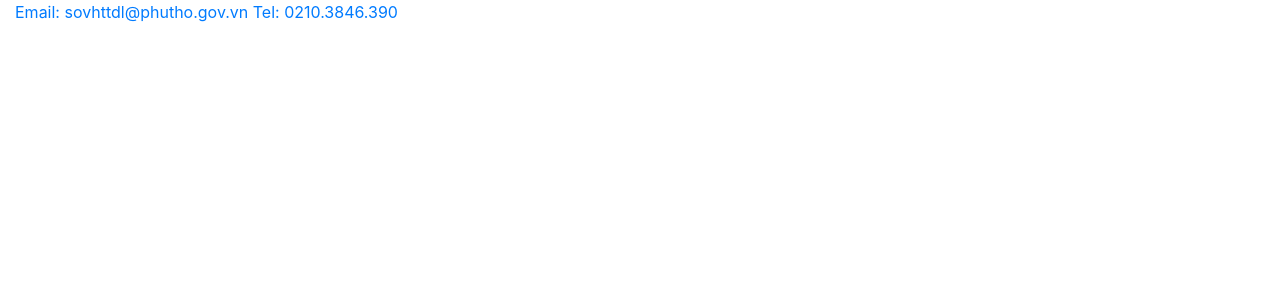
Repository: NgocNB20/Front_end_KLTN
Page: index.html
An editor plug-in stored every save of this project. The page is shown before and after the next save, followed by the edit.
The browser window is 1280 px wide. The pictures show the whole page.

Above is the page before, as saved 2021-11-28 09:35:23.

### index.html
<!DOCTYPE html>
<html lang="en">
<head>
    <meta charset="UTF-8">
    <meta http-equiv="X-UA-Compatible" content="IE=edge">
    <meta name="viewport" content="width=device-width, initial-scale=1.0">
    <link rel="stylesheet" href="https://maxcdn.bootstrapcdn.com/bootstrap/4.0.0/css/bootstrap.min.css" integrity="sha384-Gn5384xqQ1aoWXA+058RXPxPg6fy4IWvTNh0E263XmFcJlSAwiGgFAW/dAiS6JXm" crossorigin="anonymous">
    <title>Travel</title>
</head>
<body>
    <div class="page-wrapper">
        <div class="site-header__header-one-wrap">
            <div class="topbar-one">
                <div class="container-fluid">
                    <div class="topbar-one__left">
                        <a href="mailto:Email: sovhttdl@phutho.gov.vn">Email: sovhttdl@phutho.gov.vn</a>
                        <a href="tel:Tel: 0210.3846.390">Tel: 0210.3846.390</a>
                    </div>
                    <div class="topbar-one__right"></div>
                    <div class="main-nav__right"></div>
                </div>
            </div>
            <div class="container-fluid">

            </div>
        </div>
    </div>

</body>
</html>

After the next save:
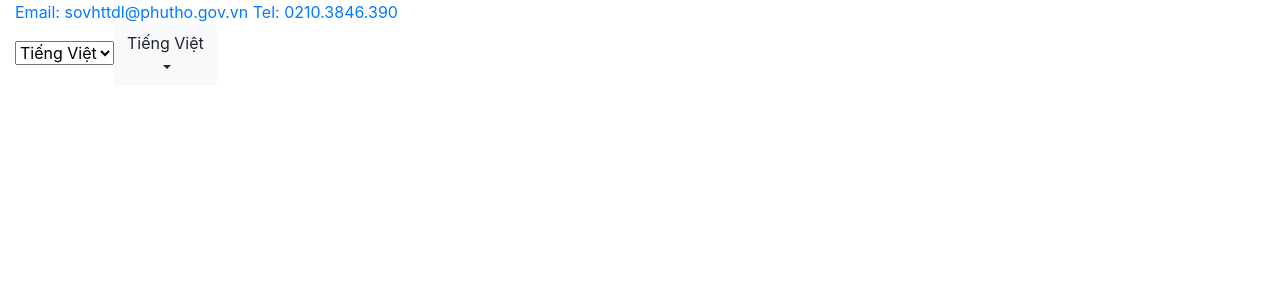
Saved 45 s later.
--- a/index.html
+++ b/index.html
@@ -17,7 +17,10 @@
                         <a href="tel:Tel: 0210.3846.390">Tel: 0210.3846.390</a>
                     </div>
                     <div class="topbar-one__right"></div>
-                    <div class="main-nav__right"></div>
+                    <div class="main-nav__right">
+                        <div class="dropdown bootstrap-select"><select name="languages" id="languages" class="selectpicker" onchange="javascript:location.href = this.value;" tabindex="-98"><option value="/vi" selected="">Tiếng Việt</option><option value="/en">English</option></select><button type="button" class="btn dropdown-toggle btn-light" data-toggle="dropdown" role="button" data-id="languages" title="Tiếng Việt"><div class="filter-option"><div class="filter-option-inner"><div class="filter-option-inner-inner">Tiếng Việt</div></div> </div></button><div class="dropdown-menu " role="combobox"><div class="inner show" role="listbox" aria-expanded="false" tabindex="-1"><ul class="dropdown-menu inner show"></ul></div></div></div>
+                        <a href="#" class="main-nav__search search-popup__toggler"><i class="tripo-icon-magnifying-glass"></i></a>
+                    </div>
                 </div>
             </div>
             <div class="container-fluid">
